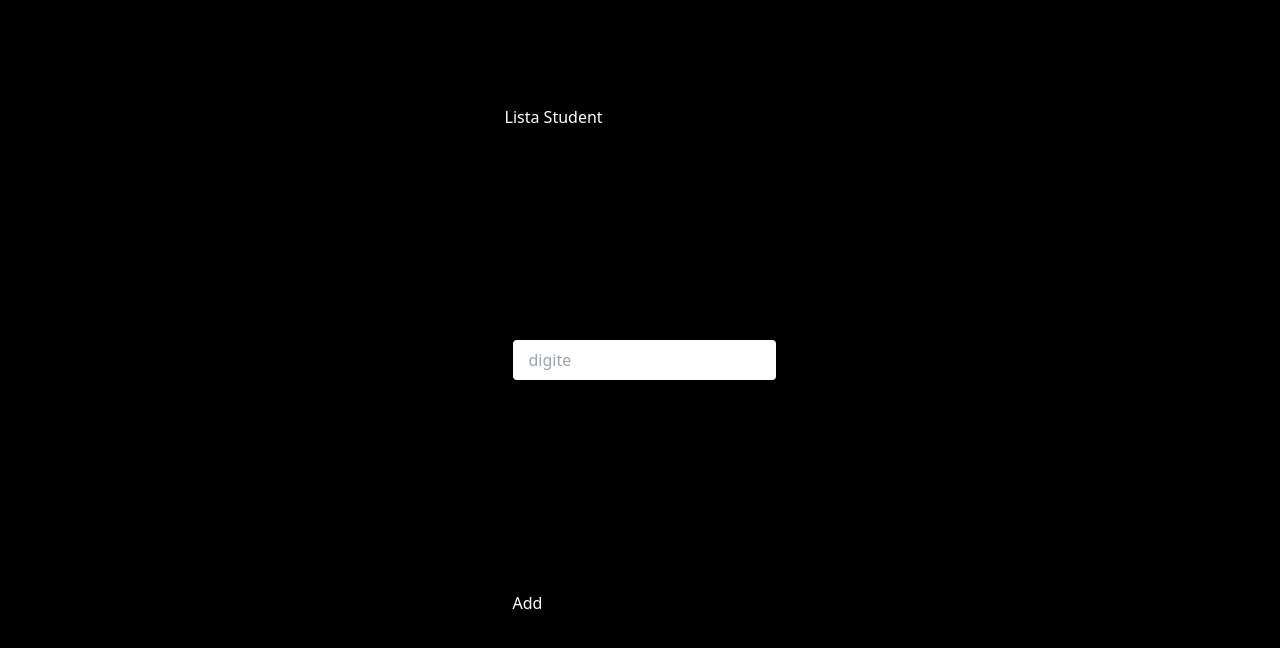
Repository: LuisSempre/FundamentosReact
Page: /
An editor plug-in stored every save of this project. The page is shown before and after the next save, followed by the edit.
The browser window is 1280 px wide. The pictures show the whole page.
The project was rebuilt for these pictures with package versions that can differ from the ones it lists, and the page was loaded fresh each time. Also part of the build but not shown: vite.config.js, src/components/Card.jsx.

Above is the page before, as saved 2022-06-28 18:16:00.

### src/main.jsx
import React from 'react'
import ReactDOM from 'react-dom/client'
import { Home } from './pages/Home'
import './index.css'

ReactDOM.createRoot(document.getElementById('root')).render(
  <React.StrictMode>
    <Home />
  </React.StrictMode>
)

### src/pages/Home.jsx
import { useState } from "react";
import { Card } from "../components/Card";

export function Home() {
  const [student, setStudent] = useState("Student");
  const [students, setStudents] = useState([]);

  function studentAdd() {
    const newStudent = {
      name: student,
      time: new Date().toLocaleDateString("pt-br", {
        hour: "2-digit",
        minute: "2-digit",
        second: "2-digit",
      }),
    };
    setStudents(prevState => [...prevState, newStudent]);
  }
  return (
    <div className="grid items-center justify-center w-full h-screen space-x-2">
      <h1>Lista {student} </h1>
      <input
        onChange={(e) => setStudent(e.target.value)}
        className="px-4 py-2 text-black bg-white rounded"
        type="text"
        placeholder="digite"
      />
      <butto onClick={studentAdd}>Add</butto>
      {students.map((student) => (
        <Card name={student.name} time={student.time} />
      ))}
    </div>
  );
}

### src/index.css
@tailwind base;
@tailwind components;
@tailwind utilities;

* {
    @apply bg-black text-white;
}

Loaded but not shown: index.html (common file); tailwind.config.js (common file)

After the next save:
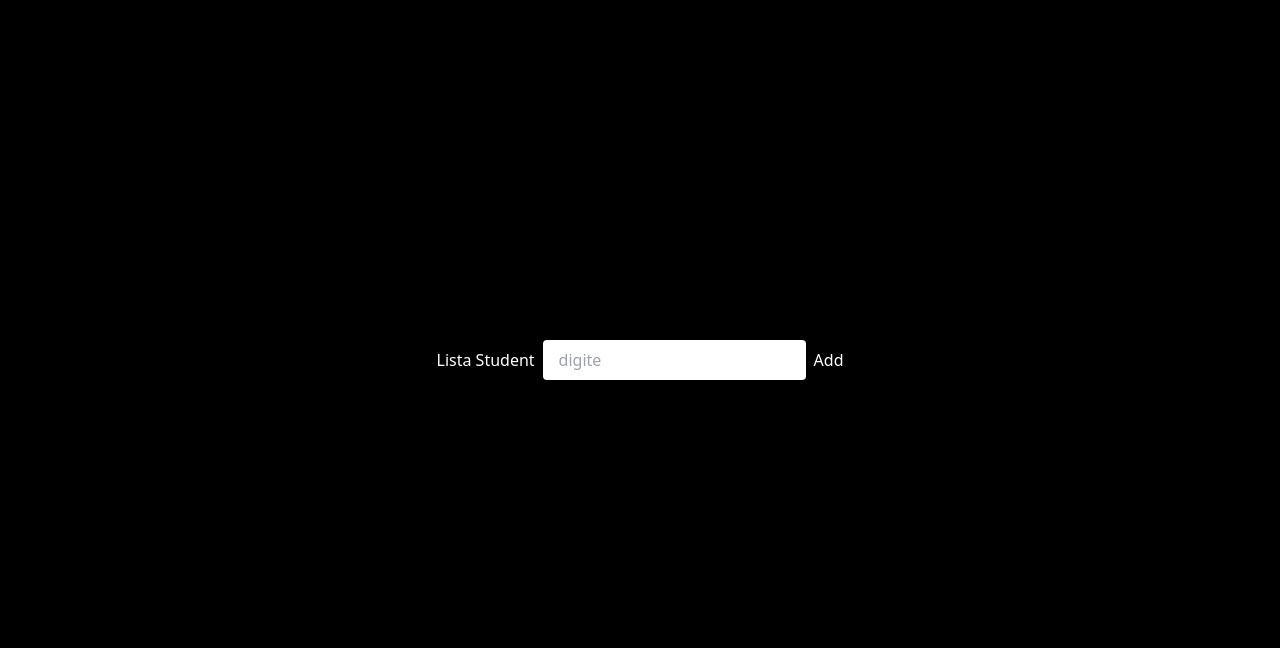
Saved 40 s later.
--- a/src/pages/Home.jsx
+++ b/src/pages/Home.jsx
@@ -17,7 +17,7 @@ export function Home() {
     setStudents(prevState => [...prevState, newStudent]);
   }
   return (
-    <div className="grid items-center justify-center w-full h-screen space-x-2">
+    <div className="flex items-center justify-center w-full h-screen space-x-2">
       <h1>Lista {student} </h1>
       <input
         onChange={(e) => setStudent(e.target.value)}
